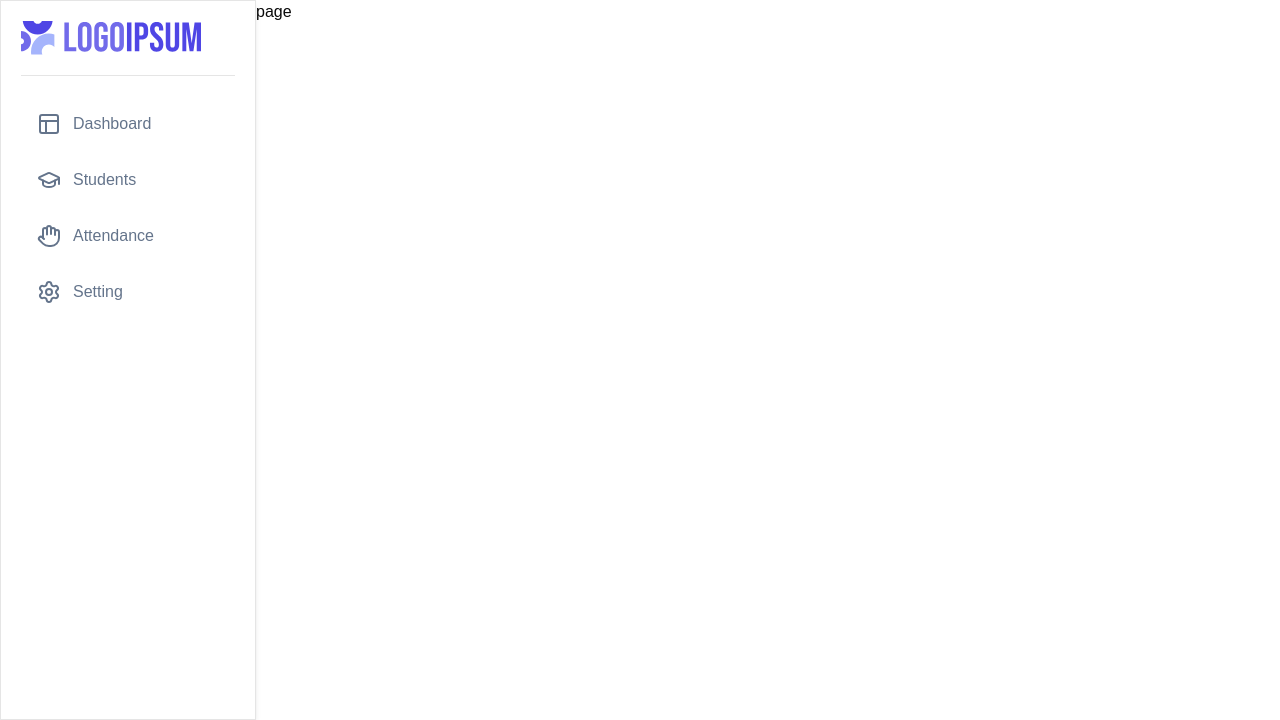
Repository: Essam-iut/SPT
Page: /dashboard
An editor plug-in stored every save of this project. The page is shown before and after a run of saves, followed by the edit.
The browser window is 1280 px wide. The pictures show the whole page.
The project was rebuilt for these pictures with package versions that can differ from the ones it lists, and the page was loaded fresh each time. The framework's server and built-in components were replaced by stand-ins that run in the browser. Also part of the build but not shown: next.config.mjs.

Above is the page before, as saved 2024-11-11 15:14:10.

After the next 2 saves:
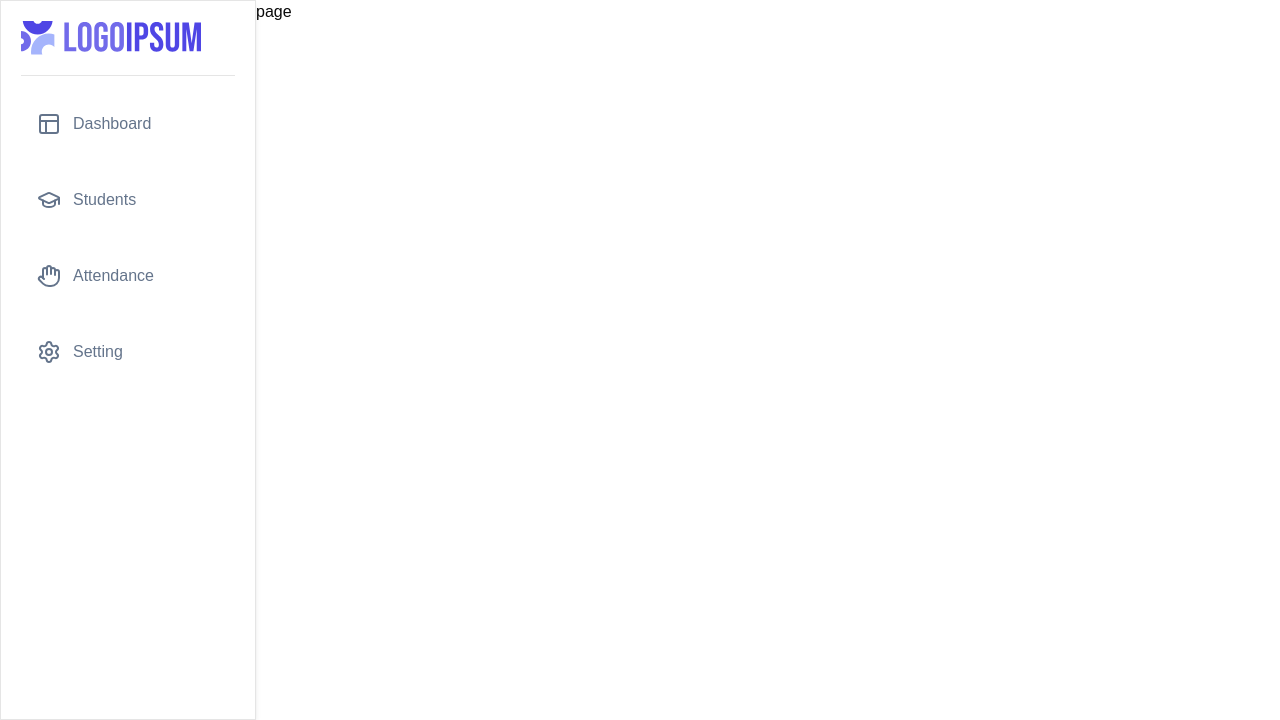
The 2 saves are shown as one change because they came seconds apart.
The last was saved 8 s later.
--- a/app/dashboard/_component/SideNav.jsx
+++ b/app/dashboard/_component/SideNav.jsx
@@ -39,7 +39,7 @@ function SideNav() {
        {menuList.map((menu, index) => (
         <h2 className="flex items-center gap-3 text-md p-4
         text-slate-500 hover:bg-primary hover:text-white
-        cursor-pointer rounded-lg">
+        cursor-pointer rounded-lg my-5">
           <menu.icon/>
           {menu.name}
         </h2>
